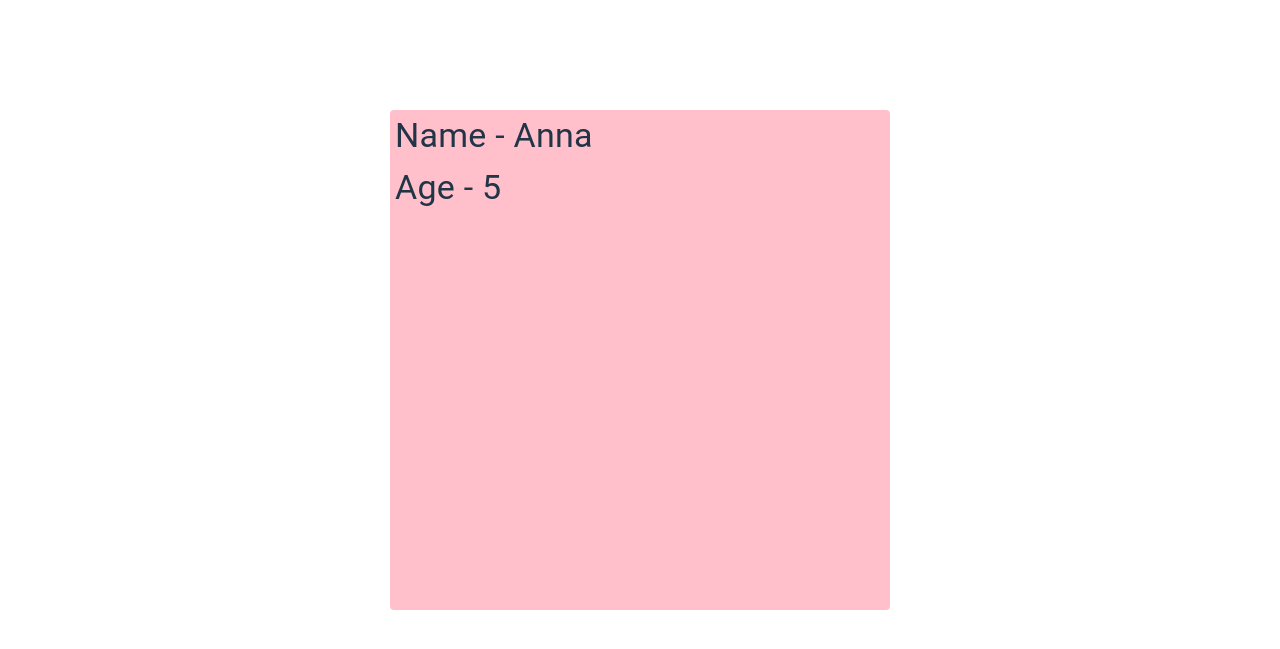
Repository: savannaaaas/props
Page: /
The author's editor kept a copy of each file at every save. The page is drawn from the files as they stood at one save, then again after the next save.
The browser window is 1280 px wide. The pictures show the whole page.
The project was rebuilt for these pictures with package versions that can differ from the ones it lists, and the page was loaded fresh each time. Also part of the build but not shown: vite.config.js.

Above is the page before, as saved 2025-07-07 23:42:39.

### src/App.jsx
import "./App.css";
import Box from "@mui/material/Box";
import { Person } from "./components/Person";
/**1. Создать 6 любых компонент.
2. В компоненты передать props следующих типов данных:
number
string
boolean
object
function
array
3. Использовать в компонентах каждый prop.
4. Сделать деструктуризацию props. */
function App() {
  return (
    <Box
      sx={{
        width: 500,
        height: 500,
        borderRadius: 1,
        bgcolor: "pink",
      }}
    >
      <Person name={"Anna"} age={5} />
    </Box>
  );
}

export default App;

### src/components/Person.jsx
import Typography from "@mui/material/Typography";
export const Person = ({ name, age }) => {
  return (
    <>
      <Typography variant="h4" align="left" style={{ padding: "5px" }}>
        Name - {name}
      </Typography>
      <Typography variant="h4" align="left" style={{ padding: "5px" }}>
        Age - {age}
      </Typography>
    </>
  );
};

Loaded but not shown: index.html (common file); src/main.jsx (common file); src/index.css (common file); src/App.css (common file)

After the next save:
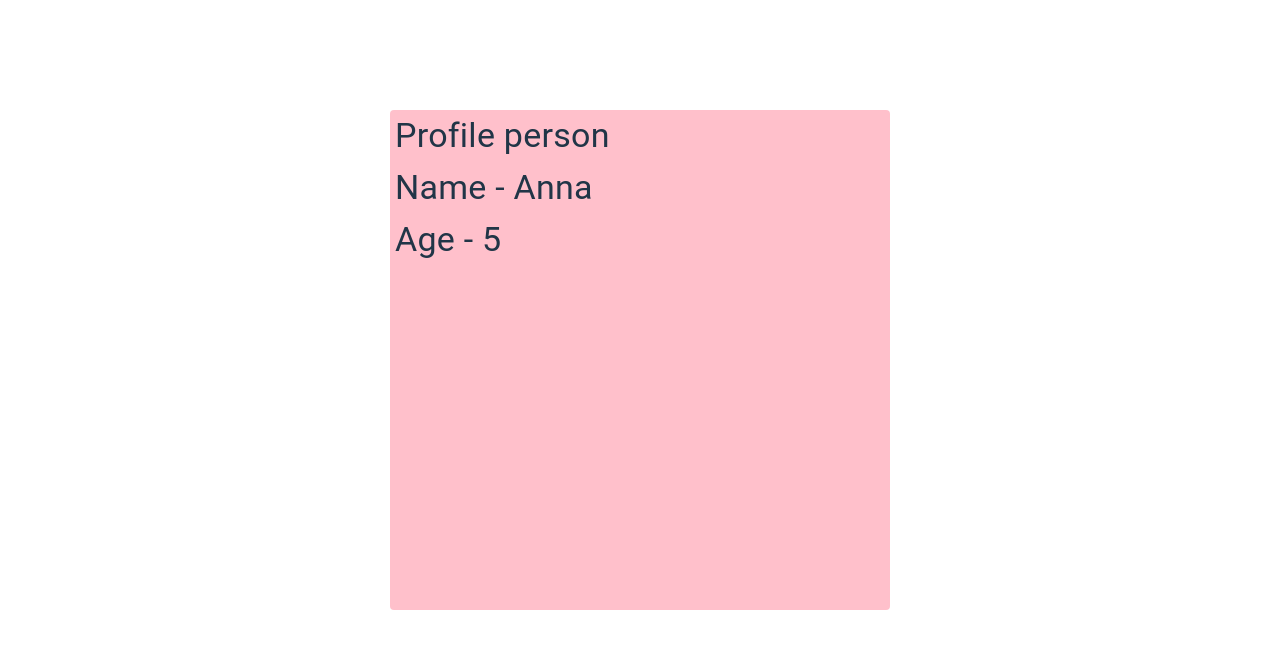
Saved 31 s later.
--- a/src/components/Person.jsx
+++ b/src/components/Person.jsx
@@ -2,6 +2,9 @@ import Typography from "@mui/material/Typography";
 export const Person = ({ name, age }) => {
   return (
     <>
+      <Typography variant="h4" align="left" style={{ padding: "5px" }}>
+        Profile person
+      </Typography>
       <Typography variant="h4" align="left" style={{ padding: "5px" }}>
         Name - {name}
       </Typography>
